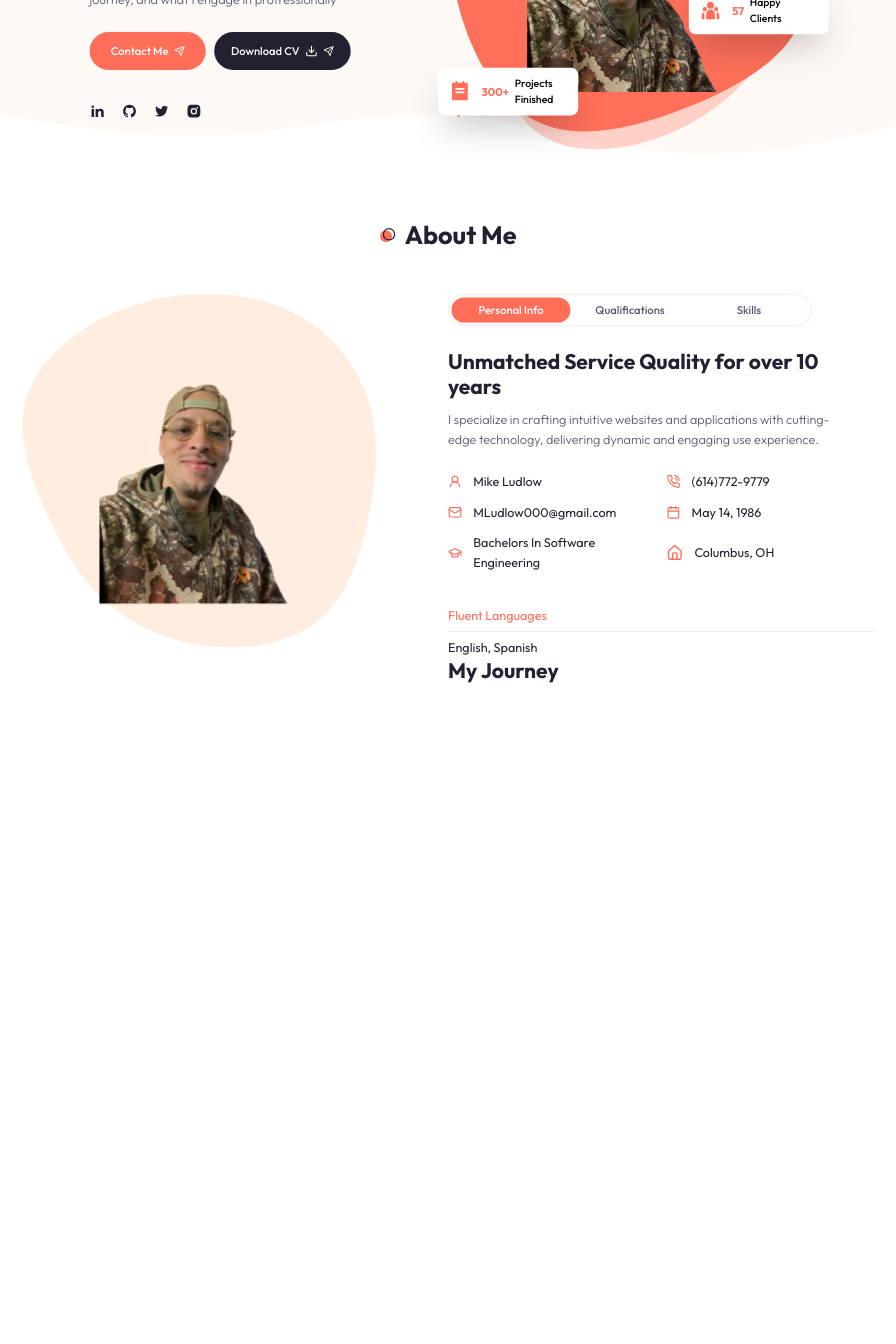
Repository: MikeeBuilds/mike-port
Page: /
These files come from the project's save history. The page is drawn as it stood at one moment and after a run of saves; the edit follows.
The browser window is 1280 px wide. The pictures show the part of the page from y = 487 to 2407 px (the page is 5591 px tall), at 70% of full size.
The project was rebuilt for these pictures with package versions that can differ from the ones it lists, and the page was loaded fresh each time. The framework's server and built-in components were replaced by stand-ins that run in the browser. Also part of the build but not shown: next.config.js.

Above is the page before, as saved 2023-11-30 22:07:02.

### app/layout.jsx
import { Outfit } from 'next/font/google'
import './globals.css'
import Header from '@/components/Header'
import Footer from '@/components/Footer'
import { ThemeProvider } from '@/components/ThemeProvider'

const outfit = Outfit({ subsets: ['latin'] })

export const metadata = {
  title: 'Mike Ludlow | Dev',
  description: 'Generated by create next app',
}

export default function RootLayout({ children }) {
  return (
    <html lang="en" suppressHydrationWarning>
      <body className={outfit.className}
      >
        <ThemeProvider attribute="class" defaultTheme="light">
          <Header />
            {children}
          <Footer />
        </ThemeProvider>
      </body>
    </html>
  )
}

### app/page.jsx
import About from '@/components/About'
import Hero from '@/components/Hero'
import { main } from 'json'
import Image from 'next/image'

export default function Home() {
  return (
    <main>
      <Hero/>
      <About/>
    </main>
  )
}

### components/Header.jsx
"use client";
import React, { useState, useEffect } from "react";

// components
import Logo from "./Logo";
import ThemeToggler from "./ThemeToggler";
import Nav from "./Nav";
import MobileNav from "./MobileNav";
import { usePathname } from "next/navigation";

const Header = () => {
  const [header, setHeader] = useState(false);
  const pathname = usePathname();

  useEffect(() => {
    const scrollYpos = window.addEventListener("scroll", () => {
      window.scrollY > 50 ? setHeader(true) : setHeader(false);
    });

    // remove event
    return () => window.removeEventListener("scroll", scrollYpos);
  });

  return (
    <header
      className={`${
        header
          ? "py-4 bg-white shadow-lg dark:bg-accent"
          : "py-6 dark:bg-transparent"
      } sticky top-0 z-30 transition-all ${pathname === '/' && 'bg-white'}`}
    >
      <div className="container mx-auto">
        <div className="flex justify-between items-center">
          <Logo />
          <div className="flex items-center gap-x-6">
            {/* nav */}
            <Nav
              containerStyles="hidden xl:flex gap-x-8 items-center"
              linkStyles="relative hover:text-primary transition-all"
              underlineStyles="absolute left-0 top-full h-[2px] bg-primary w-full"
            />
            <ThemeToggler />
            {/* mobile nav */}
            <div className="lg:hidden">
              <MobileNav />
            </div>
          </div>
        </div>
      </div>
    </header>
  );
};

export default Header;

### components/Footer.jsx

const Footer = () => {
  return (
    <footer>Footer</footer>
  )
}

export default Footer

### components/ThemeProvider.jsx
"use client"


import {
    ThemeProvider as NextThemesProvider
} from "next-themes";



export function ThemeProvider({ children, ...props}) {
    return <NextThemesProvider {...props}>{children}</NextThemesProvider>
}

### components/About.jsx
import DevImg from "./DevImg";
import image from "next/image";
import { Tabs, TabsContent, TabsList, TabsTrigger } from "@/components/ui/tabs";

import {
  User2,
  MailIcon,
  HomeIcon,
  PhoneCall,
  GraduationCap,
  Calendar,
  Briefcase,
} from "lucide-react";

const infoData = [
  {
    icon: <User2 size={20} />,
    text: "Mike Ludlow",
  },
  {
    icon: <PhoneCall size={20} />,
    text: "(614)772-9779",
  },
  {
    icon: <MailIcon size={20} />,
    text: "MLudlow000@gmail.com",
  },
  {
    icon: <Calendar size={20} />,
    text: "May 14, 1986",
  },
  {
    icon: <GraduationCap size={20} />,
    text: "Bachelors In Software Engineering",
  },
  {
    icon: <HomeIcon sizes={20} />,
    text: "Columbus, OH",
  },
];

const qualificationData = [
  {
    title: "education",
    data: [
      {
        university: "Columbus State Community College",
        qualification: "Bachelor Of Science",
        years: "2019-2024",
      },
      {
        university: "Learn Web3",
        qualification: "Ethereum Developer Degree",
        years: "2022-2023",
      },
      {
        university: "Alchemy University",
        qualification: "Learn Javascript",
        years: "2023",
      },
    ],
  },
  {
    title: "experience",
    data: [
      {
        company: "Takify AI Startup",
        qualification: "Software Developer",
        years: "2022-present",
      },
      // {
      //   company: 'Takify AI Startup',
      //   qualification: 'Software Developer',
      //   years: '2022-present'
      // },
      // {
      //   company: 'Takify AI Startup',
      //   qualification: 'Software Developer',
      //   years: '2022-present'
      // },
    ],
  },
];

const skillData = [
  {
    title: "skills",
    data: [
      {
        name: "HTML, CSS",
      },
      {
        name: "Front-end Development",
      },
      {
        name: "Javascript, PHP",
      },
      {
        name: "Back-end Development",
      },
    ],
  },
  {
    title: "tools",
    data: [
      {
        imgPath: "/about/vscode.svg",
      },
      {
        imgPath: "/about/figma.svg",
      },
      {
        imgPath: "/about/notion.svg",
      },
      {
        imgPath: "/about/wordpress.svg",
      },
    ],
  },
];

const About = () => {
  const getData = (arr, title) => {
    return arr.find((item) => item.title === title);
  };

  return (
    <section className="xl:h-[860px] pb-12 xl:py-24">
      <div className="container mx-auto">
        <h2 className="section-title mb-8 xl:mb-16 text-center mx-auto">
          About Me
        </h2>
        <div className="flex flex-col xl:flex-row">
          {/* iamge */}
          <div className="hidden xl:flex flex-1 relative">
            <DevImg
              containerStyles="bg-about_shape_light dark:bg-about_shape_dark w-[505px] h-[505px] bg-no-repeat relative"
              imgSrc="/about/developer.png"
            />
          </div>
          {/* tabs */}
          <div className="flex-1">
            <Tabs defaultValue="personal">
              <TabsList className="w-full grid xl:grid-cols-3 xl:max-w-[520px] xl:border dark:border-none">
                <TabsTrigger className="w-[162px] xl:w-auto" value="personal">
                  Personal Info
                </TabsTrigger>
                <TabsTrigger
                  className="w-[162px] xl:w-auto"
                  value="qualifications"
                >
                  Qualifications
                </TabsTrigger>
                <TabsTrigger className="w-[162px] xl:w-auto" value="skills">
                  Skills
                </TabsTrigger>
              </TabsList>
              {/* tabs content */}
              <div className="text-lg mt:12 xl:mt-8">
                {/* personal */}
                <TabsContent value="personal">
                  <div className="text-center xl:text-left">
                    <h3 className="h3 mb-4">
                      Unmatched Service Quality for over 10 years
                    </h3>
                    <p className="subtitle max-w-xl mx-auto xl:mx-0">
                      I specialize in crafting intuitive websites and
                      applications with cutting-edge technology, delivering
                      dynamic and engaging use experience.
                    </p>
                    {/* icons */}
                    <div className="grid xl:grid-cols-2 gap-4 mb-12">
                      {infoData.map((item, index) => {
                        return (
                          <div
                            className="flex items-center gap-x-4 mx-auto xl:mx-0"
                            key={index}
                          >
                            <div className="text-primary">{item.icon}</div>
                            <div>{item.text}</div>
                          </div>
                        );
                      })}
                    </div>
                    {/* Languages */}
                    <div className="flex flex-col gap-y-2">
                      <div className="text-primary">
                        Fluent Languages
                      </div>
                      <div className="border-b border-border"></div>
                      <div>English, Spanish</div>
                    </div>
                  </div>
                </TabsContent>
                {/* qualifications */}
                <div className="">
                  <h3 className="h3 mb">My Journey</h3>
                </div>
                <TabsContent value="qualifications">
                  qualifications info
                </TabsContent>
                <TabsContent value="skills">skills info</TabsContent>
              </div>
            </Tabs>
          </div>
        </div>
      </div>
    </section>
  );
};

export default About;

### components/Logo.jsx
import Link from "next/link";
import Image from "next/image";


const Logo = () => {
  return (
    <Link href="/">
        <Image src='/logo.svg' width={54} height={54} priority alt="logo"/>
    </Link>
  )
}

export default Logo

### components/ThemeToggler.jsx
"use client";

import { Button } from "./ui/button";
import { MoonIcon, SunIcon } from "@radix-ui/react-icons";
import { useTheme } from "next-themes";

const ThemeToggler = () => {
  const { theme, setTheme } = useTheme();
  return (
    <Button variant='outline' size="outline" onClick={() => setTheme(theme === 'dark' ? 'light' : 'dark')}>
      <SunIcon
        className="h-[1.2rem] w-[1.2rem] rotate-0 scale-100 transition-all
      dark:rotate-90 dark:scale-0"
      />
      <MoonIcon
        className="absolute h-[1.2rem] w-[1.2rem] rotate-90 scale-0 transition-all
       dark:rotate-0 dark:scale-100"
      />
    </Button>
  );
};

export default ThemeToggler;

### components/Nav.jsx
import Link from "next/link";

//next hooks
import { usePathname } from "next/navigation";

//framer motion
import { motion } from "framer-motion";

const links = [
  { path: "/", name: "home" },
  { path: "/projects", name: "my projects" },
  { path: "/contact", name: "contact" },
];

const Nav = ({ containerStyles, linkStyles, underlineStyles }) => {
  const path = usePathname();
  return (
    <nav className={`${containerStyles}`}>
      {links.map((link, index) => {
        return (
          <Link
            href={link.path}
            key={index}
            className={`capitalize ${linkStyles}`}
          >
            {link.path === path && (
              <motion.span
                initial={{ y: "-100%" }}
                animate={{ y: 0 }}
                transition={{ type: "tween" }}
                layoutId="underline"
                className={`${underlineStyles}`}
              />
            )}
            {link.name}
          </Link>
        );
      })}
    </nav>
  );
};

export default Nav;

### components/MobileNav.jsx
import { Sheet, SheetContent, SheetTrigger } from "@/components/ui/sheet";
import { AlignJustify } from "lucide-react";

import Nav from "./Nav";
import Logo from "./Logo";
import Socials from "./Socials";

const MobileNav = () => {
  return (
    <Sheet>
      <SheetTrigger asChild>
        <AlignJustify className="cursor-pointer" />
      </SheetTrigger>
      <SheetContent>
        <div className="flex flex-col items-center justify-between h-full py-8">
          <div className="flex flex-col items-center gap-y-32">
            <Logo />
            <Nav
              containerStyles="flex flex-col items-center gap-y-6"
              linkStyles="text-2xl"
            />
          </div>
            <Socials containerStyles='flex gap-x-4' iconStyles='text-2xl'/>
        </div>
      </SheetContent>
    </Sheet>
  );
};

export default MobileNav;

### components/DevImg.jsx
import Image from "next/image";

const DevImg = ({ containerStyles, imgSrc }) => {
  return <div className={`${containerStyles}`}>
    <Image src={imgSrc} fill priority alt="" />
  </div>;
};

export default DevImg;

### components/ui/tabs.jsx
"use client";

import * as React from "react";
import * as TabsPrimitive from "@radix-ui/react-tabs";

import { cn } from "@/lib/utils";

const Tabs = TabsPrimitive.Root;

const TabsList = React.forwardRef(({ className, ...props }, ref) => (
  <TabsPrimitive.List
    ref={ref}
    className={cn(
      "inline-flex items-center justify-center xl:bg-white p-1 text-muted-foreground rounded-[30px] dark:md:bg-secondary",
      className
    )}
    {...props}
  />
));
TabsList.displayName = TabsPrimitive.List.displayName;

const TabsTrigger = React.forwardRef(({ className, ...props }, ref) => (
  <TabsPrimitive.Trigger
    ref={ref}
    className={cn(
      "inline-flex items-center justify-center whitespace-nowrap rounded-full px-3 py-1.5 text-base font-medium ring-offset-background transition-all focus-visible:outline-none focus-visible:ring-2 focus-visible:ring-ring focus-visible:ring-offset-2 disabled:pointer-events-none disabled:opacity-50 data-[state=active]:bg-primary data-[state=active]:text-white data-[state=active]:shadow-sm ",
      className
    )}
    {...props}
  />
));
TabsTrigger.displayName = TabsPrimitive.Trigger.displayName;

const TabsContent = React.forwardRef(({ className, ...props }, ref) => (
  <TabsPrimitive.Content
    ref={ref}
    className={cn(
      "mt-2 ring-offset-background focus-visible:outline-none focus-visible:ring-2 focus-visible:ring-ring focus-visible:ring-offset-2",
      className
    )}
    {...props}
  />
));
TabsContent.displayName = TabsPrimitive.Content.displayName;

export { Tabs, TabsList, TabsTrigger, TabsContent };

### components/ui/button.jsx
import * as React from "react"
import { Slot } from "@radix-ui/react-slot"
import { cva } from "class-variance-authority";

import { cn } from "@/lib/utils"

const buttonVariants = cva(
  "inline-flex items-center justify-center whitespace-nowrap rounded-full text-base font-medium ring-offset-background transition-colors focus-visible:outline-none focus-visible:ring-2 focus-visible:ring-ring focus-visible:ring-offset-2 disabled:pointer-events-none disabled:opacity-50",
  {
    variants: {
      variant: {
        default: "bg-primary text-primary-foreground hover:bg-primary/90",
        destructive:
          "bg-destructive text-destructive-foreground hover:bg-destructive/90",
        outline:
          "border border-input bg-background hover:bg-accent hover:text-accent-foreground",
        secondary:
          "bg-secondary text-secondary-foreground hover:bg-secondary/80",
        ghost: "hover:bg-accent hover:text-accent-foreground",
        link: "text-primary underline-offset-4 hover:underline",
      },
      size: {
        default: "h-[54px] px-6 py-2 min-w-[166px]",
        sm: "h-9 rounded-md px-3",
        lg: "h-11 rounded-md px-8",
        icon: "h-10 w-10",
      },
    },
    defaultVariants: {
      variant: "default",
      size: "default",
    },
  }
)

const Button = React.forwardRef(({ className, variant, size, asChild = false, ...props }, ref) => {
  const Comp = asChild ? Slot : "button"
  return (
    (<Comp
      className={cn(buttonVariants({ variant, size, className }))}
      ref={ref}
      {...props} />)
  );
})
Button.displayName = "Button"

export { Button, buttonVariants }

### components/Badge.jsx
"use client"
import CountUp from 'react-countup';

const Badge = ({
  containerstyles,
  icon,
  endCountNum,
  endCountText,
  badgeText
}) => {
  return <div className={`badge ${containerstyles}`}>
    <div className='text-3xl text-primary'>{icon}</div>
    <div className='flex items-center gap-x-2'>
      <div className='text-4-xl leading-none font-bold text-primary'>
        <CountUp end={endCountNum} delay={1} duration={4}/>
        {endCountText}
      </div>
      <div className='max-w-[70px] leadin-none text-[15px] font-medium text-black'>{badgeText}</div>
    </div>
  </div>;
};

export default Badge;

### components/Socials.jsx
'use client'

import {
  RiLinkedinFill,
  RiGithubFill,
  RiTwitterFill,
  RiInstagramFill
} from 'react-icons/ri';

import Link from 'next/link';

const icons = [
  {
    path: '/',
    name: <RiLinkedinFill />,
  },
  {
    path: '/',
    name: <RiGithubFill />,
  },{
    path: '/',
    name: <RiTwitterFill />,
  },{
    path: '/',
    name: <RiInstagramFill />,
  },
]


import React from "react";

const Socials = ({ containerStyles, iconStyles}) => {
  return <div className={`${containerStyles}`}>
    {icons.map((icon, index) => {
      return <Link href={icon.path} key={index}>
        <div className={`${iconStyles}`}>
          {icon.name}
        </div>
      </Link>
    })}
  </div>;
};

export default Socials;

Loaded but not shown: lib/utils.js (common file); tailwind.config.js (90 lines, source omitted); app/template.js (36 lines, source omitted); hooks/useScrollProgress.js (25 lines, source omitted); components/ui/sheet.jsx (109 lines, source omitted); components/Hero.jsx (90 lines, source omitted); app/globals.css (93 lines, source omitted)

After the next 2 saves:
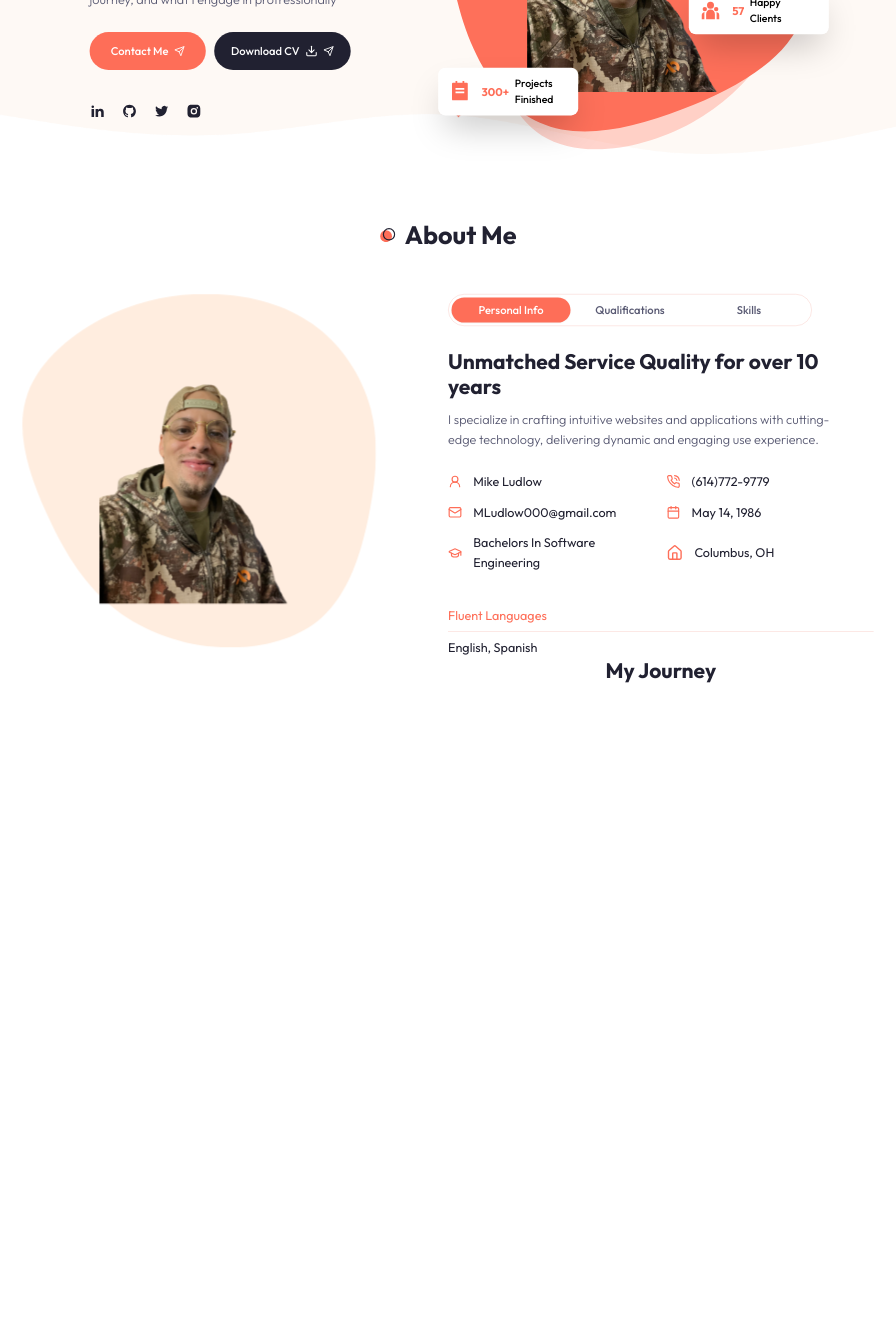
The 2 saves are shown as one change because they came seconds apart.
The last was saved 7 s later.
--- a/components/About.jsx
+++ b/components/About.jsx
@@ -194,7 +194,7 @@
                 </TabsContent>
                 {/* qualifications */}
                 <div className="">
-                  <h3 className="h3 mb">My Journey</h3>
+                  <h3 className="h3 mb-8 text-center xl:">My Journey</h3>
                 </div>
                 <TabsContent value="qualifications">
                   qualifications info

After the save that followed:
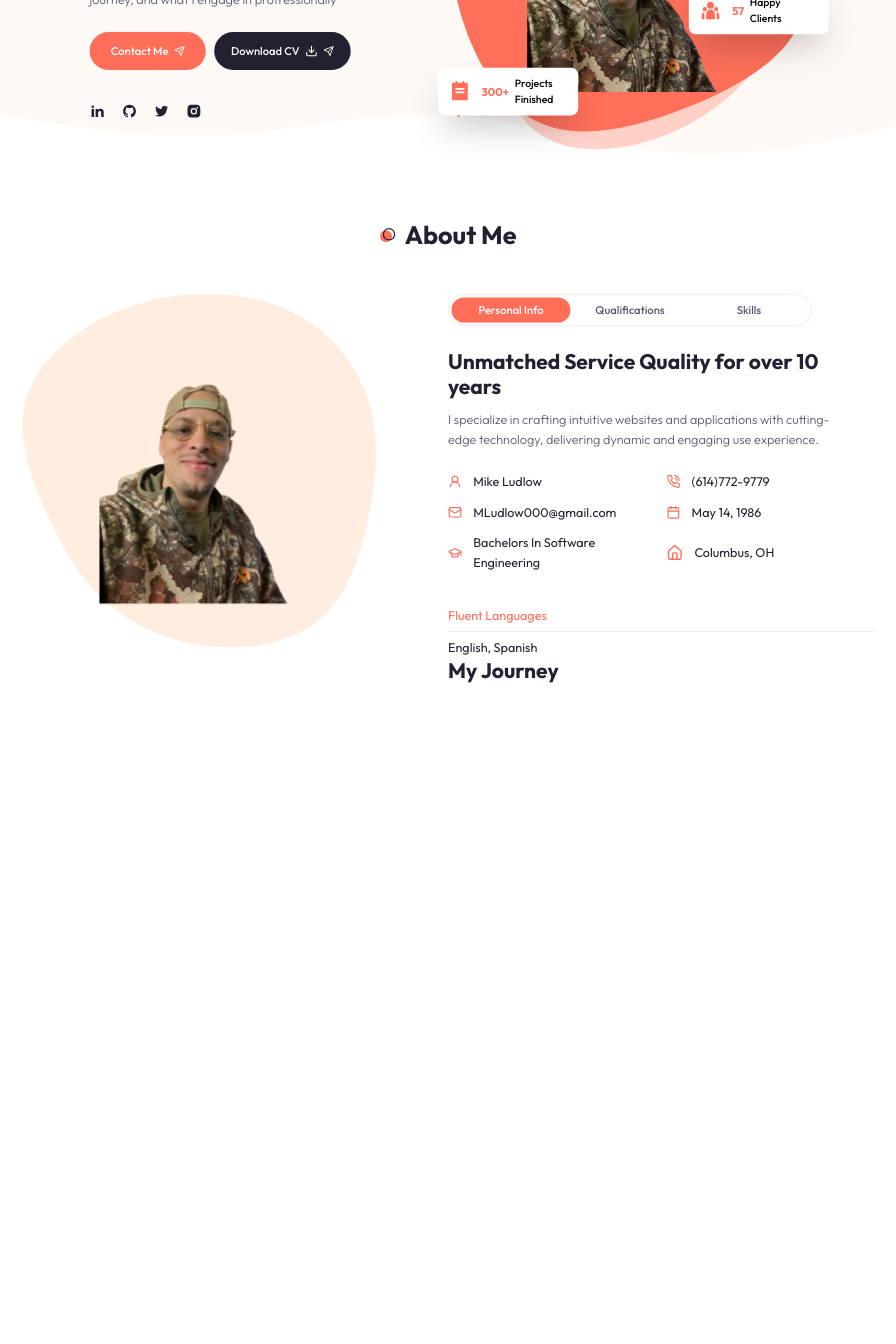
Saved 5 s later.
--- a/components/About.jsx
+++ b/components/About.jsx
@@ -194,7 +194,7 @@
                 </TabsContent>
                 {/* qualifications */}
                 <div className="">
-                  <h3 className="h3 mb-8 text-center xl:">My Journey</h3>
+                  <h3 className="h3 mb-8 text-center xl:text-left">My Journey</h3>
                 </div>
                 <TabsContent value="qualifications">
                   qualifications info
